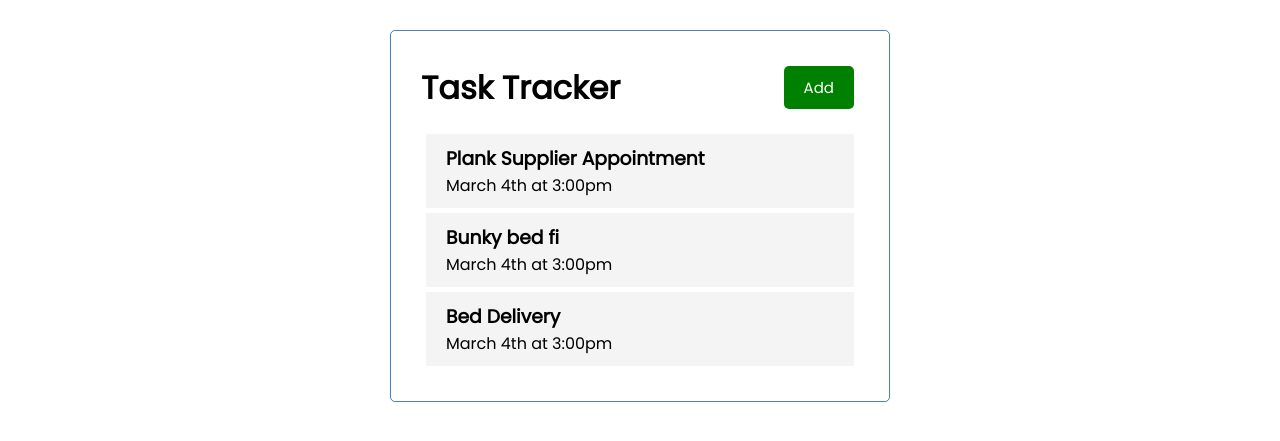
Repository: biggie-pti/task-tracker-react-app
Page: /
The author's editor kept a copy of each file at every save. The page is drawn from the files as they stood at one save, then again after a run of saves.
The browser window is 1280 px wide. The pictures show the whole page.
The project was rebuilt for these pictures with package versions that can differ from the ones it lists, and the page was loaded fresh each time.

Above is the page before, as saved 2022-02-20 15:41:39.

### public/index.html
<!DOCTYPE html>
<html lang="en">
  <head>
    <meta charset="utf-8" />
    <link rel="icon" href="%PUBLIC_URL%/favicon.ico" />
    <meta name="viewport" content="width=device-width, initial-scale=1" />
    <meta name="theme-color" content="#000000" />
    <meta
      name="description"
      content="Web site created using create-react-app"
    />
    <link rel="apple-touch-icon" href="%PUBLIC_URL%/logo192.png" />

    <link rel="manifest" href="%PUBLIC_URL%/manifest.json" />

    <title>Task Tracker</title>
  </head>
  <body>
    <noscript>You need to enable JavaScript to run this app.</noscript>
    <div id="root"></div>

  </body>
</html>

### src/App.js
import Header from "./components/Header";
import Tasks from "./components/Tasks";
import { useState } from "react"
function App() {

  const [tasks, setTasks]= useState(

    [
        {
            id: 1,
            text: 'Plank Supplier Appointment',
            day: 'March 4th at 3:00pm',
            reminder: true,
        },
        {
            id: 2,
            text: 'Bunky bed fi',
            day: 'March 4th at 3:00pm',
            reminder: true,
        },
        {
            id: 3,
            text: 'Bed Delivery',
            day: 'March 4th at 3:00pm',
            reminder: true,
        },
    ]
)

  return (
    <div className="container">
    <Header />
    <Tasks tasks={tasks}/>
    </div>
  );
}

export default App;

### src/components/Header.js
import PropTypes from 'prop-types'
import Button from './Button'
const Header = ({title}) => {
    const onClick=()=>{
console.log('Click')
    }
  return (
    <header className='header'>
        <h1>

        {title}
        </h1>
       <Button color='green' text='Add' onClick={onClick}/>
        </header>
  )
}
Header.defaultProps={
    title: 'Task Tracker',
}

Header.propTypes={
    title: PropTypes.string,
}

//CSS in JS
// const headingStyle={
//     color:'red',
//     backgroundColor:'black',
// }

export default Header

### src/components/Tasks.js

import Task from "./Task"
const Tasks = ({tasks}) => {

  return (
    <>
{tasks.map((task)=>(
    <Task key={task.id} task={task} />
)


)}

    </>
  )
}

export default Tasks

### src/components/Button.js

import PropTypes from 'prop-types'

const Button = ({color,text, onClick}) => {


  return (
   <button

   onClick={onClick}
   style={{backgroundColor: color}}
    className='btn'>{text}

    </button>
  )
}
Button.defaultProps={
    color: 'steelblue',
}
Button.protoTypes={
    text: PropTypes.string,
    color: PropTypes.string,
    onClick: PropTypes.func,
}

export default Button

### src/components/Task.js


const Task = ({task}) => {
  return (
    <div className='task'>
        <h3>{task.text}</h3>
        <p>{task.day}</p>

    </div>
  )
}

export default Task

Loaded but not shown: src/index.js (common file); src/index.css (common file); src/reportWebVitals.js (common file)

After the next 2 saves:
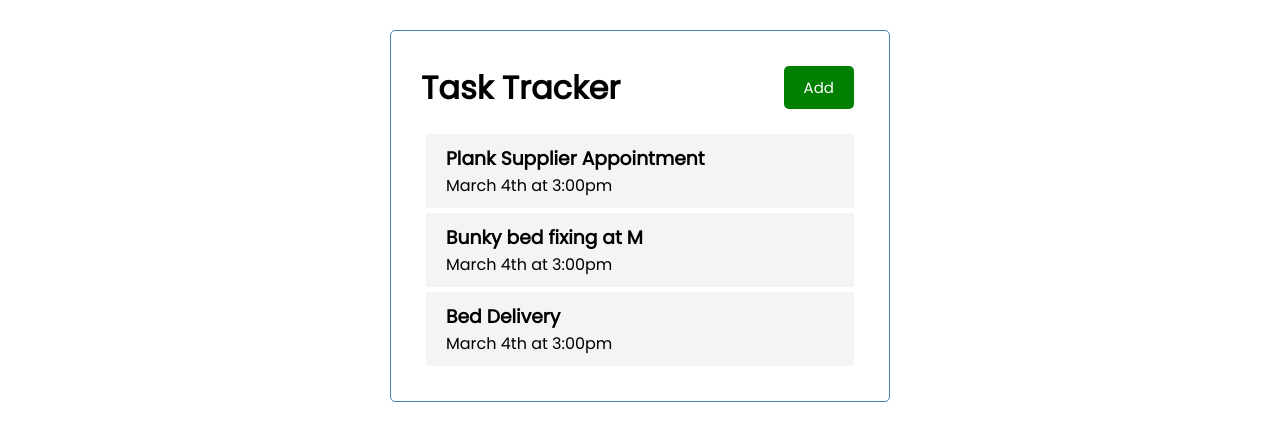
The 2 saves are shown as one change because they came seconds apart.
The last was saved 6 s later.
--- a/src/App.js
+++ b/src/App.js
@@ -14,7 +14,7 @@ function App() {
         },
         {
             id: 2,
-            text: 'Bunky bed fi',
+            text: 'Bunky bed fixing at M',
             day: 'March 4th at 3:00pm',
             reminder: true,
         },
